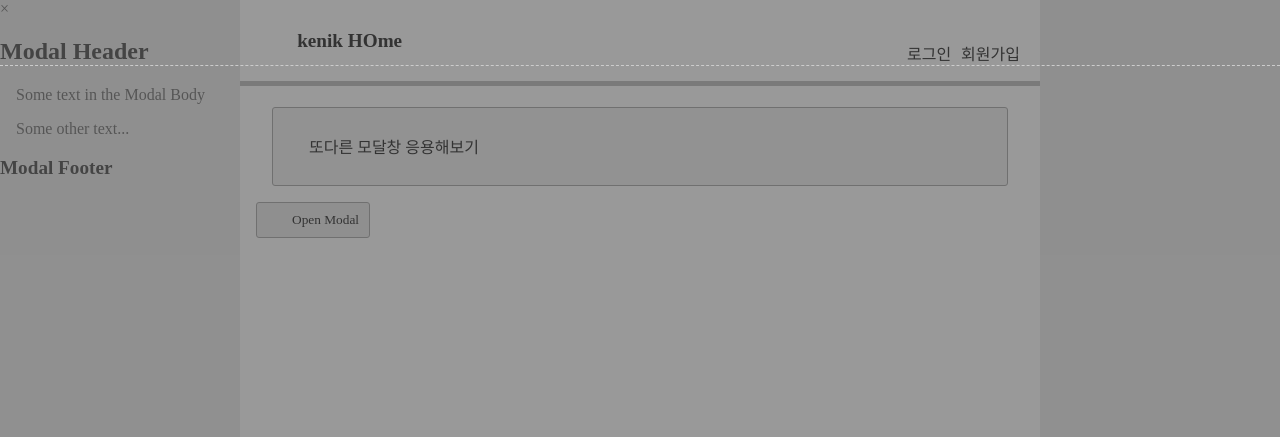
Repository: Deneb0000/WebClass
Page: webPro/src/main/webapp/javascript/days09/ex14_02.html
These files come from the project's save history. The page is drawn as it stood at one moment and after the next save; the edit follows.
The browser window is 1280 px wide. The pictures show the whole page.
Some web fonts or font styles are not loaded; a fallback is used.

Above is the page before, as saved 2024-10-11 06:48:51.

After the next save:
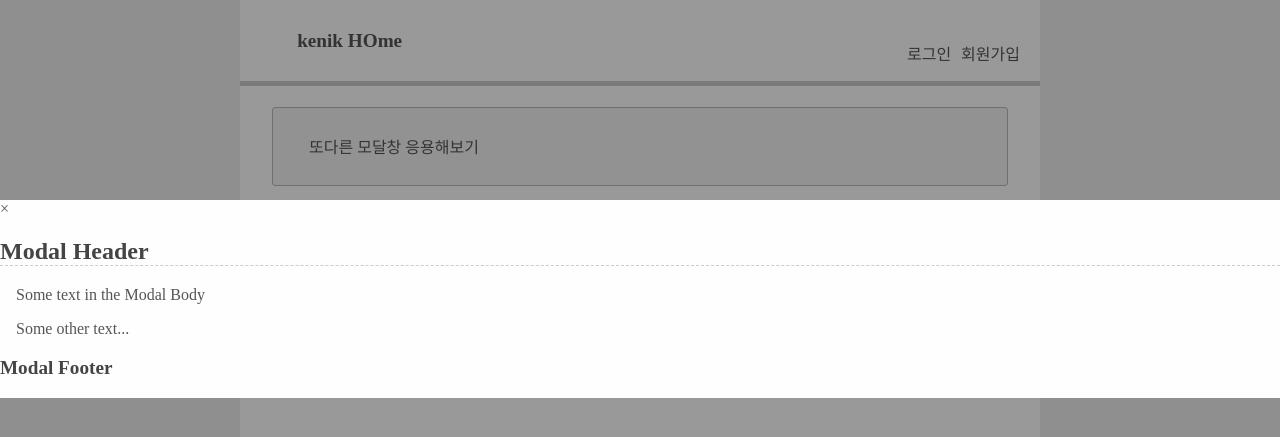
Saved 14 s later.
--- a/webPro/src/main/webapp/javascript/days09/ex14_02.html
+++ b/webPro/src/main/webapp/javascript/days09/ex14_02.html
@@ -28,6 +28,17 @@
  -webkit-animation-duration: 0.4s;
  animation-name: fadeIn;
  animation-duration: 0.4s
+}
+
+.modal-content {
+  position: fixed;
+  top: 200px;
+  background-color: #fefefe;
+  width: 100%;
+  -webkit-animation-name: slideIn;
+  -webkit-animation-duration: 0.4s;
+  animation-name: slideIn;
+  animation-duration: 0.4s
 }
 </style>
 </head>
